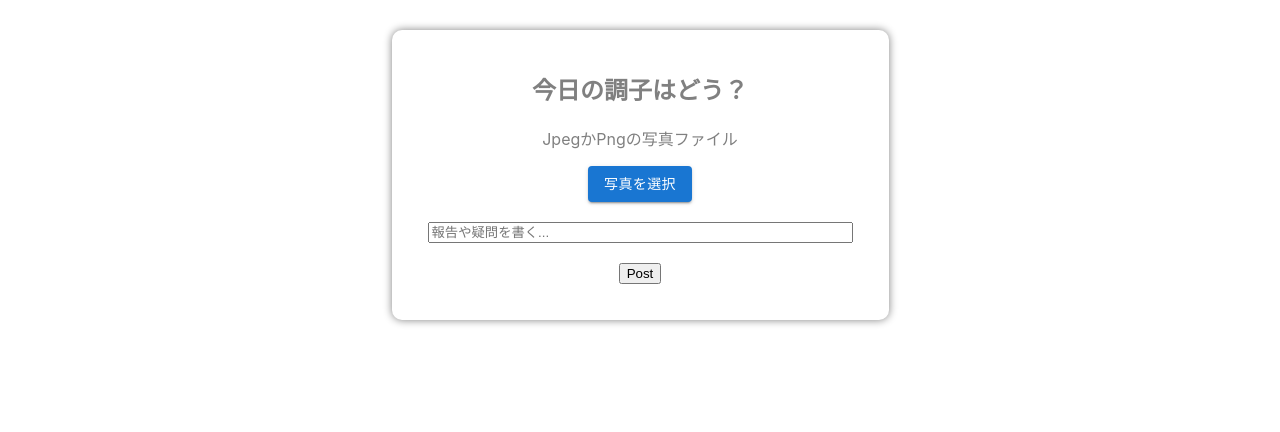
Repository: Seiya00002/seeds_surfers_react_sns
Page: /
An editor plug-in stored every save of this project. The page is shown before and after the next save, followed by the edit.
The browser window is 1280 px wide. The pictures show the whole page.
The page's requests for data from a server got no answer. The project was rebuilt for these pictures with package versions that can differ from the ones it lists, and the page was loaded fresh each time. No one was signed in, and anything a server would have sent is missing. Also part of the build but not shown: src/Post.css, src/Post.tsx.

Above is the page before, as saved 2023-08-03 07:49:18.

After the next save:
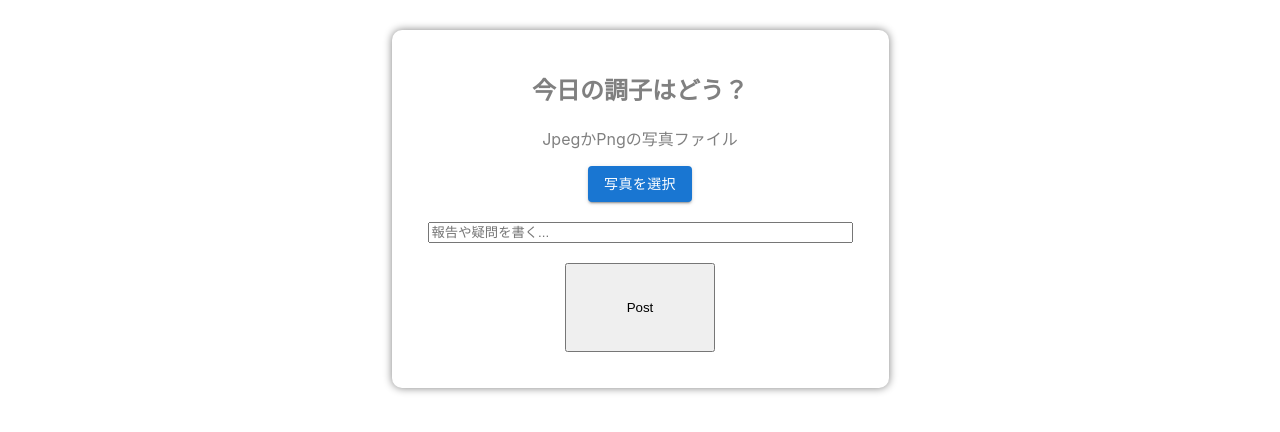
Saved 55 s later.
--- a/src/PostUploader.css
+++ b/src/PostUploader.css
@@ -42,5 +42,6 @@
   }
 
   .textUploadInput {
+    padding: 35px 60px;
 
   }

After the save that followed:
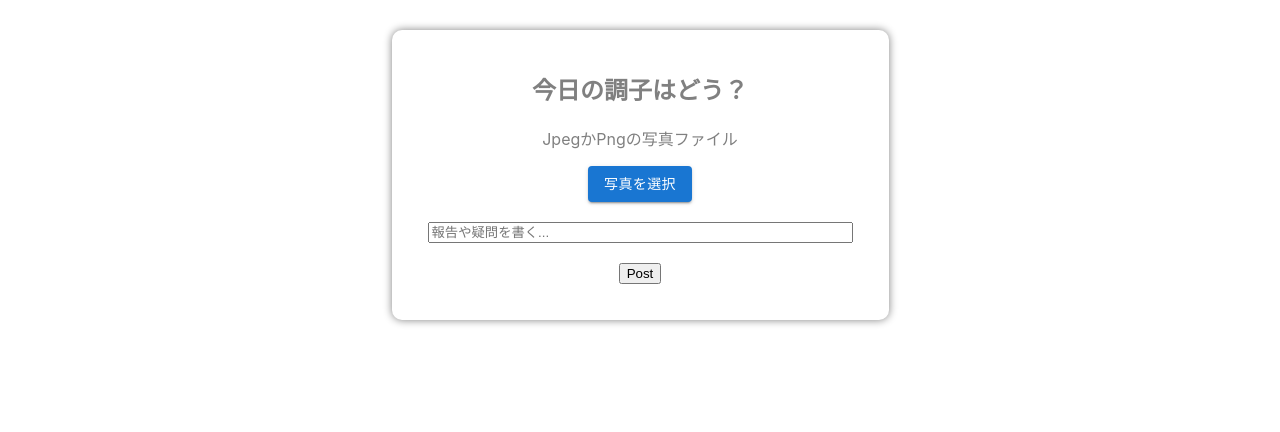
Saved 8 s later.
--- a/src/PostUploader.css
+++ b/src/PostUploader.css
@@ -42,6 +42,5 @@
   }
 
   .textUploadInput {
-    padding: 35px 60px;
 
   }
